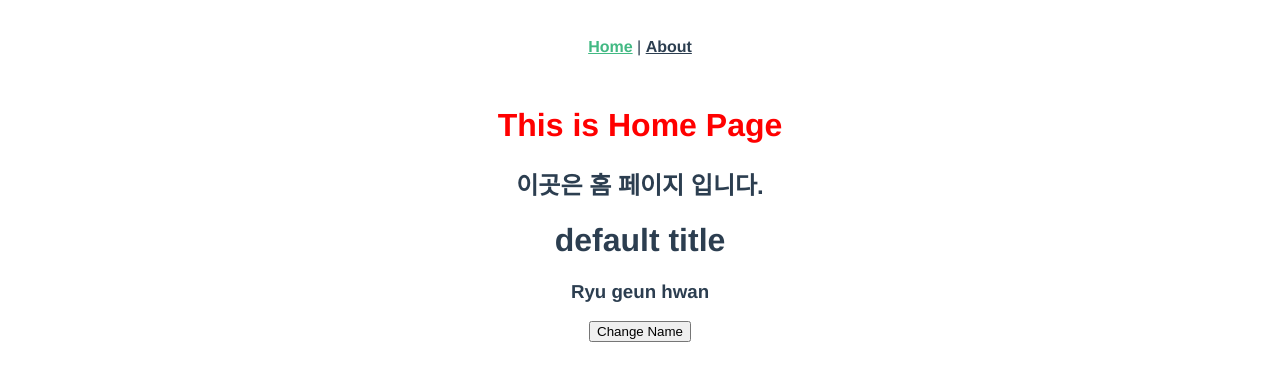
Repository: RyuGeunHwan/code_J
Page: / (app in vue-props/)
These files come from the project's save history. The page is drawn as it stood at one moment and after the next save; the edit follows.
The browser window is 1280 px wide. The pictures show the whole page.
The project was rebuilt for these pictures with package versions that can differ from the ones it lists, and the page was loaded fresh each time.

Above is the page before, as saved 2022-08-26 16:44:29.

### vue-props/src/views/Home.vue
<!-- template태그 : HTML이 들어가는 구역  -->
<template>
  <div>
    <h1>This is Home Page</h1>
    <h2>이곳은 홈 페이지 입니다.</h2>
    <Kossie-coder />
  </div>
</template>

<!-- script태그 : 옵션,데이터,computed,watch 등이 들어가는 구역 -->
<script>
import KossieCoder from '@/components/KossieCoder.vue';


export default {
  components: {
    // import한 컴포넌트를 사용하겠다는 설정
    KossieCoder
  }
}
</script>


<!-- style : CSS코드 -->
<!-- scoped를 넣어줘야 위에보이는 template의 html태그에 적용이 된다. scoped를 않넣으면 vue어플리케이션 전체에 적용이 된다.-->
<style scoped>
h1{
  color : red
}
</style>

### vue-props/src/components/KossieCoder.vue
<template>
    <div>
        <h1>{{title}}</h1>
        <h3>{{name}}</h3>
        <!-- <p>{{  name  }}</p> -->
        <button @click="updateName">Change Name</button>
    </div>
</template>

<script>
export default {
    props: {
        title: {
            type : String,
            required : false ,
            //required = 무조건 항상 보내줘야한다는것
            default: 'default title'
            //default : 자식컴포넌트에서 props를 받아오지 않아도 default로 보여줌.
        },
        name: {
            type : String,
            required : false,
            //required = 무조건 항상 보내줘야한다는것
            default: 'Ryu geun hwan'
            //default : 자식컴포넌트에서 props를 받아오지 않아도 default로 보여줌.
        }
    },
    data(){
        return{
            // name : 'Kossie Coder'
        }
    },
    methods: {
        updateName(){
            this.name = 'Kossie Coder Updated'
        }
    }

}
</script>

<style scoped>

</style>

Loaded but not shown: vue-props/public/index.html (common file); vue-props/src/main.js (common file); vue-props/src/App.vue (common file); vue-props/src/router/index.js (common file); vue-props/src/store/index.js (common file)

After the next save:
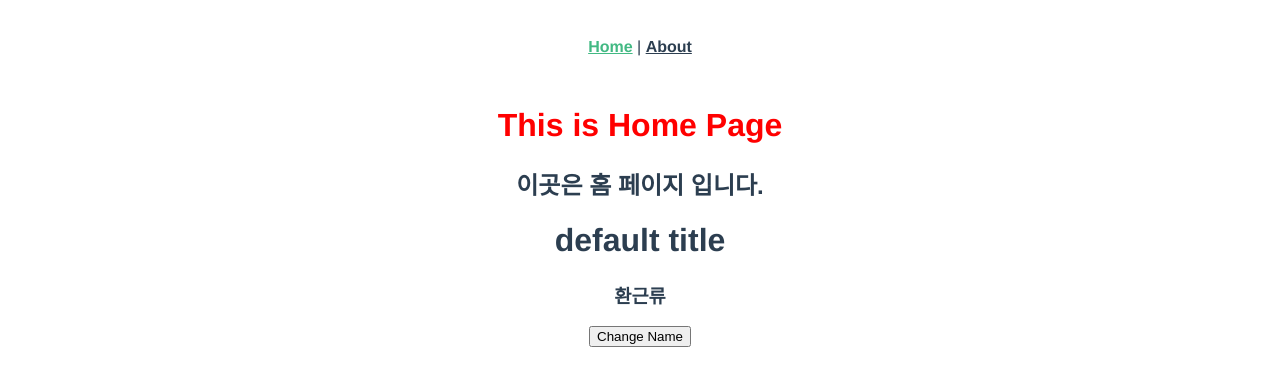
Saved 12 s later.
--- a/vue-props/src/views/Home.vue
+++ b/vue-props/src/views/Home.vue
@@ -3,7 +3,7 @@
   <div>
     <h1>This is Home Page</h1>
     <h2>이곳은 홈 페이지 입니다.</h2>
-    <Kossie-coder />
+    <Kossie-coder name="환근류"/>
   </div>
 </template>
 
